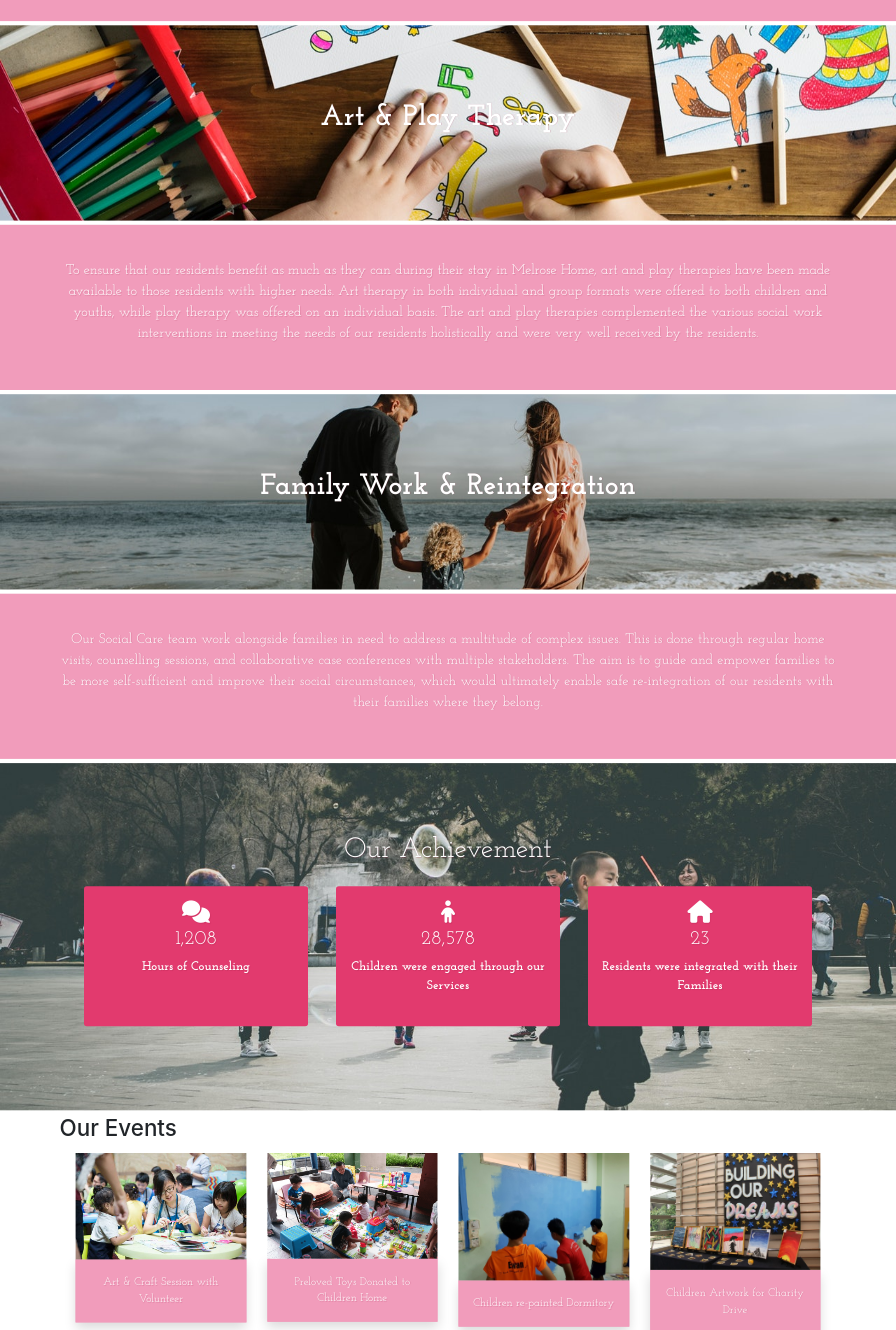
Repository: Code-Institute-Submissions/Jasonngyt-Project1
Page: services.html
The author's editor kept a record of every edit. The page is drawn from the files as they stood at one moment, then again after the next edit.
The browser window is 1280 px wide. The pictures show the part of the page from y = 633 to 2533 px (the page is 2884 px tall), at 70% of full size.
A picture or video elsewhere on the page could not be fetched, so the positions and the page height are approximate. Backgrounds fixed to the window are drawn as part of the page. Some web fonts or font styles are not loaded; a fallback is used. Some web libraries are served in a nearby version.

Above is the page before.

After the next edit:
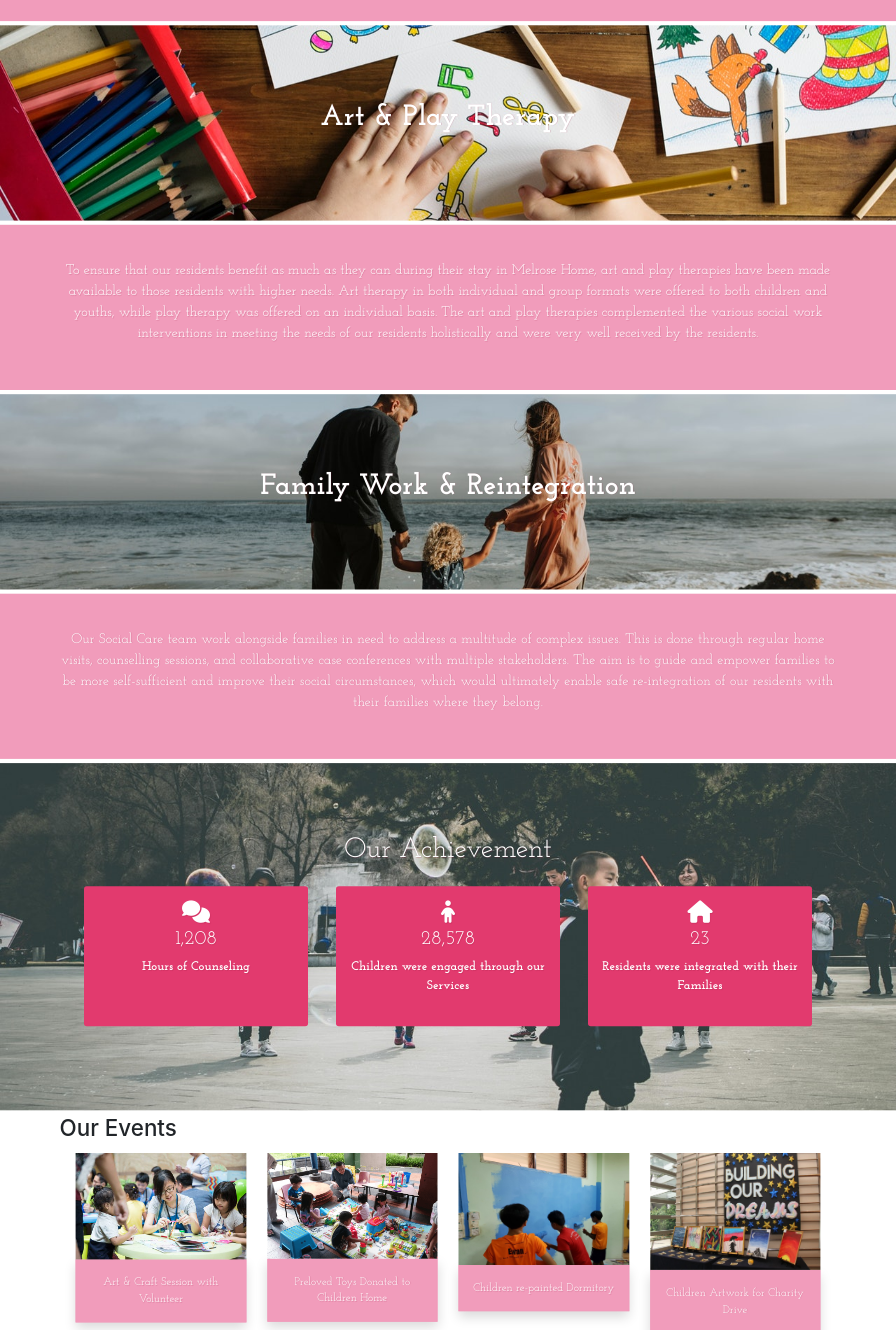
The edit:
--- a/services.html
+++ b/services.html
@@ -109,7 +109,7 @@
             <div class="col-sm-5 col-md-3 card-img-top mt-2 mb-2"><img src ="image/event2_photo.png" class ="w-100">
                 <div class="card-body text-center shadow event_style">Preloved Toys Donated to  Children Home</div>
             </div>
-            <div class="col-sm-5 col-md-3 card-img-top mt-2 mb-2"><img src ="image/event3_photo.jpg" class ="w-100">
+            <div class="col-sm-5 col-md-3 card-img-top mt-2 mb-2"><img src ="image/event3_photo.jpg" class="w-100" style="height:160px;">
                 <div class="card-body text-center shadow event_style">Children re-painted Dormitory</div>
             </div>
             <div class="col-sm-5 col-md-3 card-img-top mt-2 mb-2"><img src ="image/event4_photo.jpg" class ="w-100">
